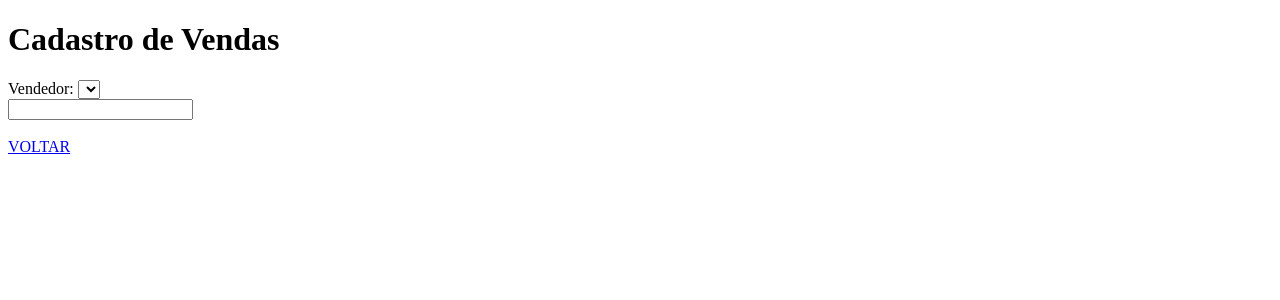
Repository: gabriellacrystina/workspaceWeb
Page: http://localhost/PrjVendas/CadastroVendas.jsp
The author's editor kept a copy of each file at every save. The page is drawn from the files as they stood at one save, then again after the next save.
The browser window is 1280 px wide. The pictures show the whole page.
The page is served by Tomcat 9. Other server files are loaded and not shown.

Above is the page before, as saved 2015-09-21 14:00:52.

### PrjVendas/WebContent/CadastroVendas.jsp
<%@ page language="java" contentType="text/html; charset=ISO-8859-1"
    pageEncoding="ISO-8859-1"%>

<%@ page import="java.util.ArrayList" %>
<%@ page import="Modelo.Vendedor" %>
<!DOCTYPE html PUBLIC "-//W3C//DTD HTML 4.01 Transitional//EN" "http://www.w3.org/TR/html4/loose.dtd">
<html>
	<head>
	<meta http-equiv="Content-Type" content="text/html; charset=ISO-8859-1">
	<title>Cadastro de Vendas</title>
	</head>
	<body>
		<form action="CadastroVendas" method="post">

		<h1>Cadastro de Vendas</h1>

		Vendedor:
		<select name="vendedor">

		<%
			ArrayList<Vendedor> listaVendedor = (ArrayList<Vendedor>) session.getAttribute("listaVendedor");

			if(listaVendedor != null){
				for(int i = 0; i < listaVendedor.size(); i++){
				%>
					<option value="<%=i%>"><%=listaVendedor.get(i).getNome()%></option>
				<%
				}
			}
			%>

		</select><br>
		<input type="text" name="valor"><br><br>

		<a href="Menu.jsp">VOLTAR</a><br>
		</form>
	</body>
</html>

After the next save:
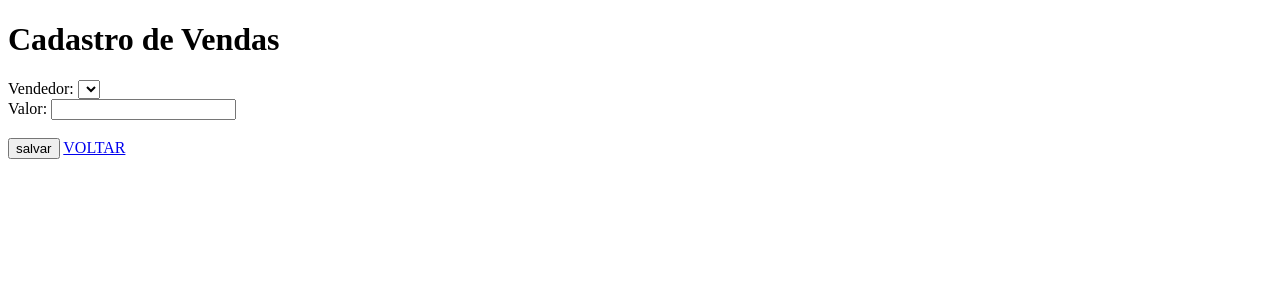
Saved 87 s later.
--- a/PrjVendas/WebContent/CadastroVendas.jsp
+++ b/PrjVendas/WebContent/CadastroVendas.jsp
@@ -30,7 +30,10 @@
 			%>
 
 		</select><br>
-		<input type="text" name="valor"><br><br>
+		Valor: <input type="text" name="valor"><br><br>
+
+		<input type="submit" name="btnSubmit" value="salvar">
+
 
 		<a href="Menu.jsp">VOLTAR</a><br>
 		</form>
